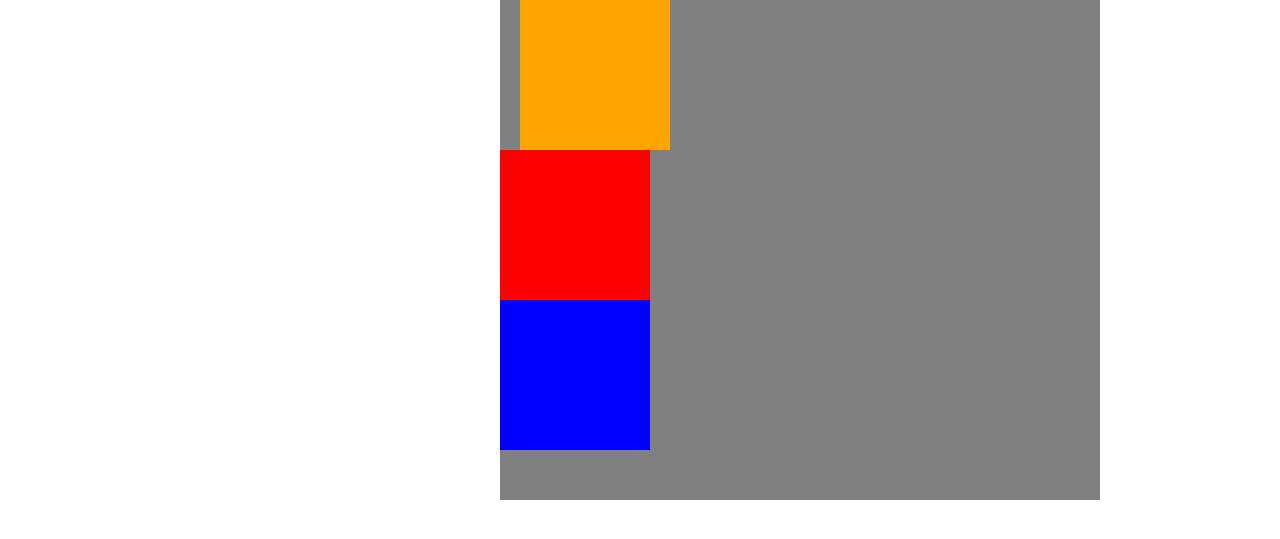
Repository: AytacSafarova/Task-12
Page: index.html
The author's editor kept a copy of each file at every save. The page is drawn from the files as they stood at one save, then again after a run of saves.
The browser window is 1280 px wide. The pictures show the whole page.

Above is the page before, as saved 2023-07-27 13:52:55.

After the next 2 saves:
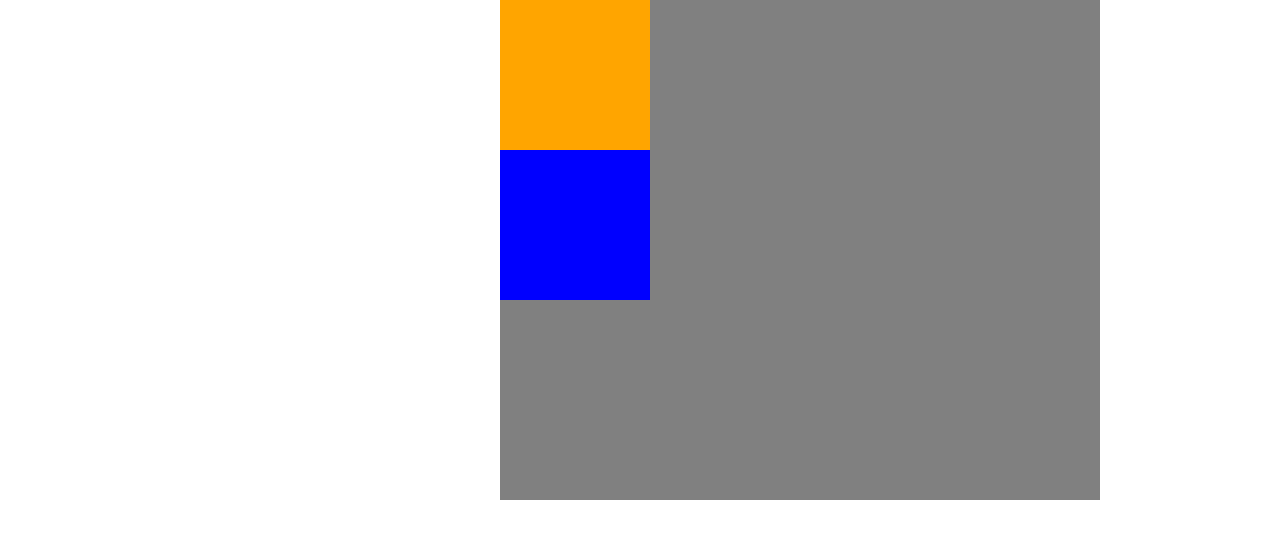
The 2 saves are shown as one change because they came seconds apart.
The last was saved 20 s later.
--- a/index.css
+++ b/index.css
@@ -17,8 +17,8 @@
 
 .card:first-child{
     background-color: orange;
-    position: relative;
-    left: 20px;
+    position: absolute;
+    /* left: 20px; */
 }
 .card:nth-child(2){
     background-color: red;
